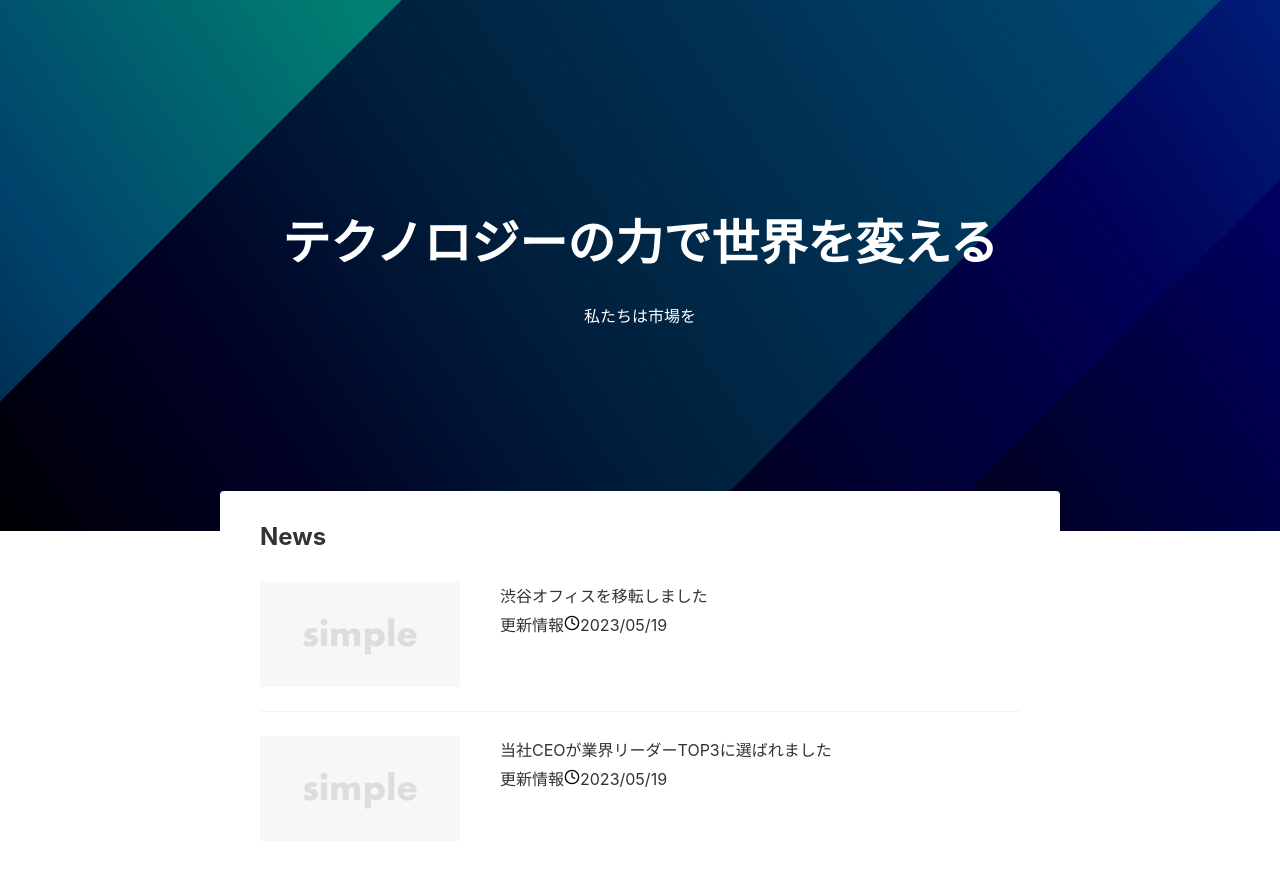
Repository: sk-style/my-next-project
Page: /
The author's editor kept a copy of each file at every save. The page is drawn from the files as they stood at one save, then again after a run of saves.
The browser window is 1280 px wide. The pictures show the whole page.
The project was rebuilt for these pictures with package versions that can differ from the ones it lists, and the page was loaded fresh each time. The framework's server and built-in components were replaced by stand-ins that run in the browser. Also part of the build but not shown: next.config.ts.

Above is the page before, as saved 2025-10-27 14:38:38.

### app/page.tsx
import styles from "./page.module.css";
import Image from "next/image";

type News = {
  id: string;
  title: string;
  category: {
    name: string;
  };
  publishedAt: string;
  createdAt: string;
};

const data: {
  contents: News[];
} = {
  contents: [
    {
      id: "1",
      title: "渋谷オフィスを移転しました",
      category: { name: "更新情報" },
      publishedAt: "2023/05/19",
      createdAt: "2023/05/19",
    },
    {
      id: "2",
      title: "当社CEOが業界リーダーTOP3に選ばれました",
      category: { name: "更新情報" },
      publishedAt: "2023/05/19",
      createdAt: "2023/05/19",
    },
    {
      id: "3",
      title: "テスト記事です",
      category: { name: "更新情報" },
      publishedAt: "2023/05/19",
      createdAt: "2023/05/19",
    },
  ],
};

export default function Home() {
  const sliceData = data.contents.slice(0, 2);
  return (
    <>
      <section className={styles.top}>
        <div>
          <h1 className={styles.title}>テクノロジーの力で世界を変える</h1>
          <p className={styles.description}>私たちは市場を</p>
        </div>
        <Image
          className={styles.bgimg}
          src="/img-mv.jpg"
          alt=""
          width={4000}
          height={1200}
        />
      </section>
      <section className={styles.news}>
        <h2 className={styles.newsTitle}>News</h2>
        <ul>
          {sliceData.map((article) => (
            <li key={article.id} className={styles.list}>
              <div className={styles.link}>
                <Image
                  className={styles.image}
                  src="/no-image.png"
                  alt="No Image"
                  width={1200}
                  height={600}
                />
                <dl className={styles.content}>
                  <dt className={styles.newsItemTitle}>{article.title}</dt>
                  <dd className={styles.meta}>
                    <span className={styles.tag}>{article.category.name}</span>
                    <span className={styles.date}>
                      <Image
                        src="/clock.svg"
                        alt=""
                        width={16}
                        height={16}
                        priority
                      />
                      {article.publishedAt}
                    </span>
                  </dd>
                </dl>
              </div>
            </li>
          ))}
        </ul>
      </section>
    </>
  );
}

### app/globals.css
:root {
    --font-mono: ui-monospace, Menlo, Monaco, 'Cascadia Mono', 'Segoe UI Mono',
    'Roboto Mono', 'Oxygen Mono', 'Ubuntu Monospace', 'Source Code Pro',
    'Fira Mono', 'Droid Sans Mono', 'Courier New', monospace;
    --color-text-main: #333;
    --color-text-sub: #999;
    --color-text-unpainted: #fff;
    --color-text-error: #f33;
    --color-bg-main: #fff;
    --color-bg-sub: #f3f3f3;
    --color-bg-code: #fafafa;
    --color-bg-painted: #333;
    --color-border-dark: #333;
    --color-border: #ddd;
    --color-border-light: #f3f3f3;
    --color-current: #eee;
    --color-button-primary: #333;
    --border-radius: 4px;
}

* {
    box-sizing: border-box;
    padding: 0;
    margin: 0;
}

html,
body {
    max-width: 100vw;
    overflow-x: hidden;
}

body {
    font-family: -apple-system, BlinkMacSystemFont, 'Helvetica Neue', YuGothic,
    'ヒラギノ角ゴ ProN W3', Hiragino Kaku Gothic ProN, Arial, 'メイリオ', Meiryo,
    sans-serif;
    color: var(--color-text-main);
    line-height: 1.8;
}

code {
    font-family: menlo, inconsolata, monospace;
}

a {
    color: inherit;
    text-decoration: none;
}

ol,
ul {
    list-style: none;
}

### app/page.module.css
.top {
  position: relative;
  display: flex;
  align-items: center;
  justify-content: center;
  background-color: rgba(0, 0, 0, 0.5);
  color: #fff;
  overflow: hidden;
  padding: 200px 0;
}

.title {
  font-size: 3rem;
  font-weight: bold;
  text-align: center;
  margin-bottom: 1rem;
}

.description {
  text-align: center;
}

.bgimg {
  position: absolute;
  top: 0;
  right: 0;
  width: 100%;
  height: 600px;
  object-fit: cover;
  object-position: right;
  display: flex;
  align-items: center;
  justify-content: center;
  z-index: -1;
}

.news {
  position: relative;
  background-color: #fff;
  width: 840px;
  margin: -40px auto 0;
  padding: 24px 40px;
  border-radius: var(--border-radius);
}

.newsTitle {
  font-size: 1.5rem;
}

.list {
  border-bottom: 1px solid var(--color-border-light);
}

.list:last-child {
  border-bottom: none;
}

.link {
  display: flex;
  align-items: flex-start;
  gap: 40px;
  padding: 24px 0;
  border-radius: var(--border-radius);
}

.newsItemTitle {

}

.image {
  width: 200px;
  height: auto;
}

.newsLink {
  position: absolute;
  right: -40px;
  bottom: -40px;
}

@media (max-width: 640px) {
  .top {
    padding: 120px 16px;
  }
  .title {
    font-size: 2rem;
    text-align: left;
  }

  .description {
    text-align: center;
    font-size: 0.9rem;
    text-align: left;
  }

  .bgimg {
    position: absolute;
    top: 0;
    right: 0;
    width: auto;
    height: 600px;
    object-fit: cover;
    display: flex;
    align-items: center;
    justify-content: center;
    z-index: -1;
  }

  .news {
    width: calc(100% - 32px);
    padding: 16px 24px;
  }
}

Loaded but not shown: app/layout.tsx (common file)

After the next 6 saves:
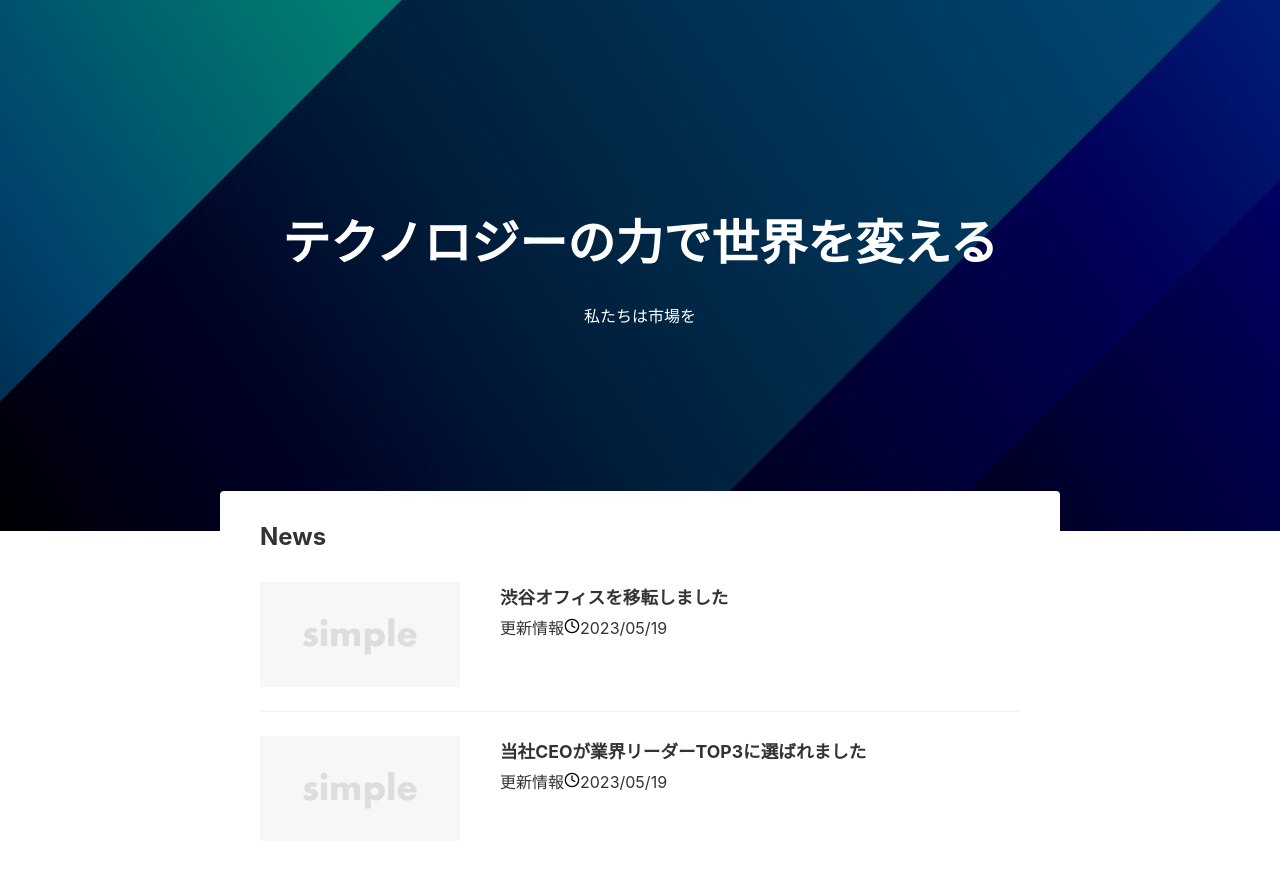
The 6 saves are shown as one change because they came seconds apart.
The last was saved 13 s later.
--- a/app/page.module.css
+++ b/app/page.module.css
@@ -64,6 +64,8 @@
 }
 
 .newsItemTitle {
+  font-size: 1.1rem;
+  font-weight: bold;
 
 }
 
